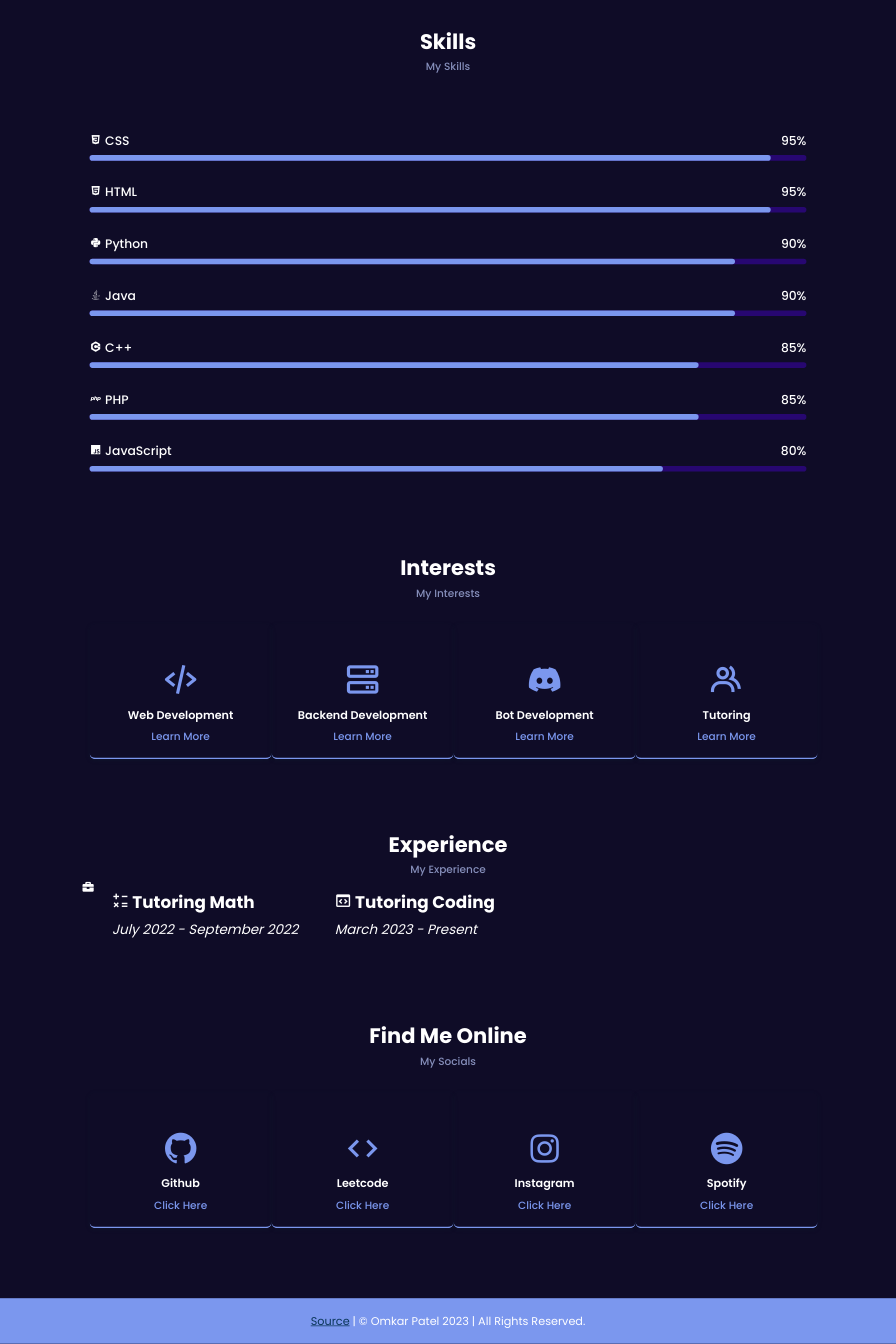
Repository: omkarxpatel/Omkar-Portfolio
Page: src/index.html
These files come from the project's save history. The page is drawn as it stood at one moment and after a run of saves; the edit follows.
The browser window is 1280 px wide. The pictures show the part of the page from y = 1281 to 3201 px (the page is 3201 px tall before and 3176 px after), at 70% of full size.
A picture or video elsewhere on the page could not be fetched, so the positions and the page height are approximate.

Above is the page before, as saved 2023-03-26 13:04:11.

After the next 2 saves:
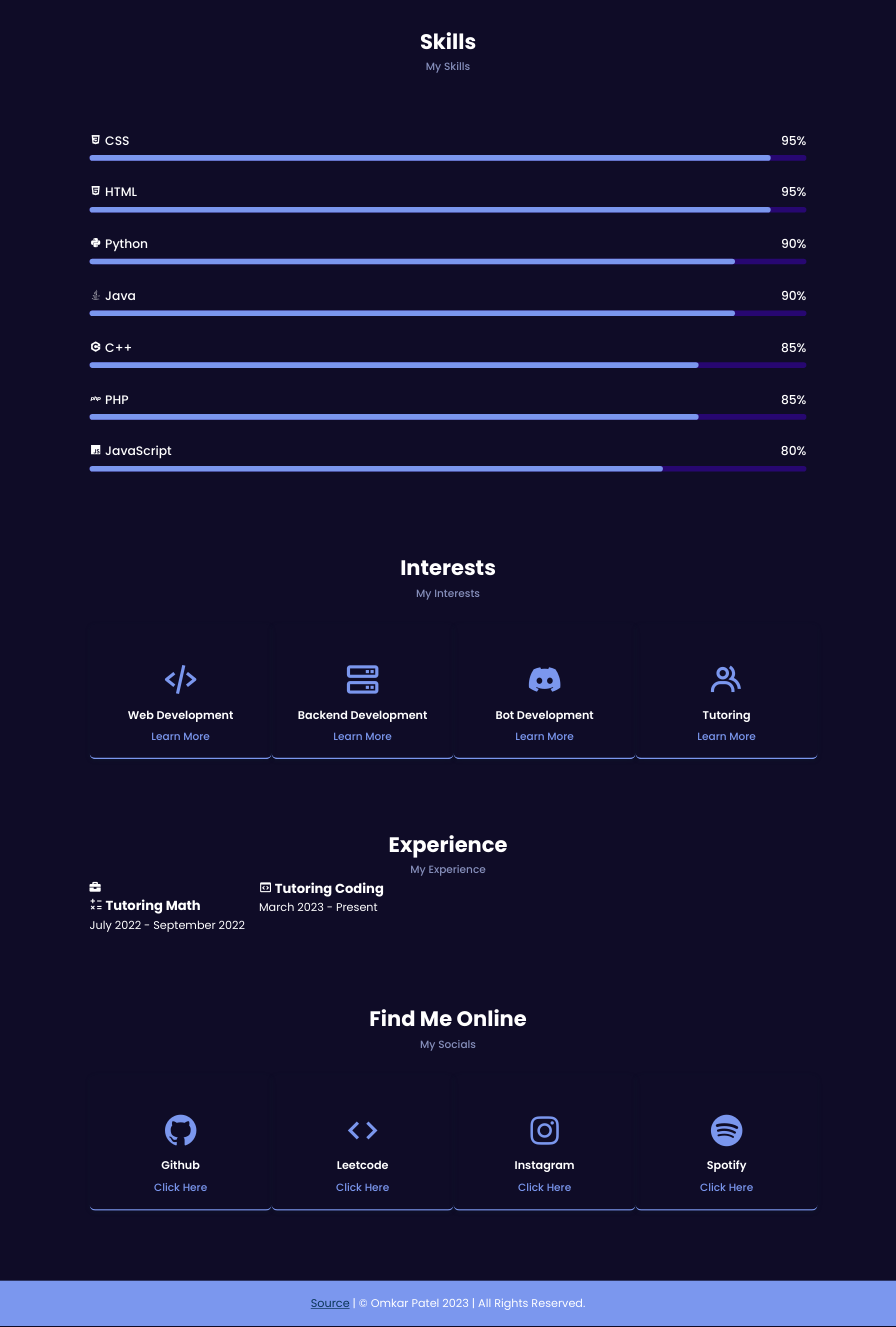
The 2 saves are shown as one change because they came seconds apart.
The last was saved 21 s later.
--- a/src/index.html
+++ b/src/index.html
@@ -269,34 +269,7 @@
         </div>
       </div>
     </div>
-  </section>
-
-  <style>
-    .timeline-item {
-      position: relative;
-      padding: 1rem 0;
-    }
-
-    .timeline-icon {
-      position: absolute;
-      left: -10px;
-      top: 0;
-    }
-
-    .timeline-content {
-      margin-left: 2rem;
-    }
-
-    .timeline h3 {
-      font-size: 1.5rem;
-      margin-bottom: 0.5rem;
-    }
-
-    .timeline-date {
-      font-size: 1.2rem;
-      font-style: italic;
-    }
-  </style>
+</section>
 
 
 

After the save that followed:
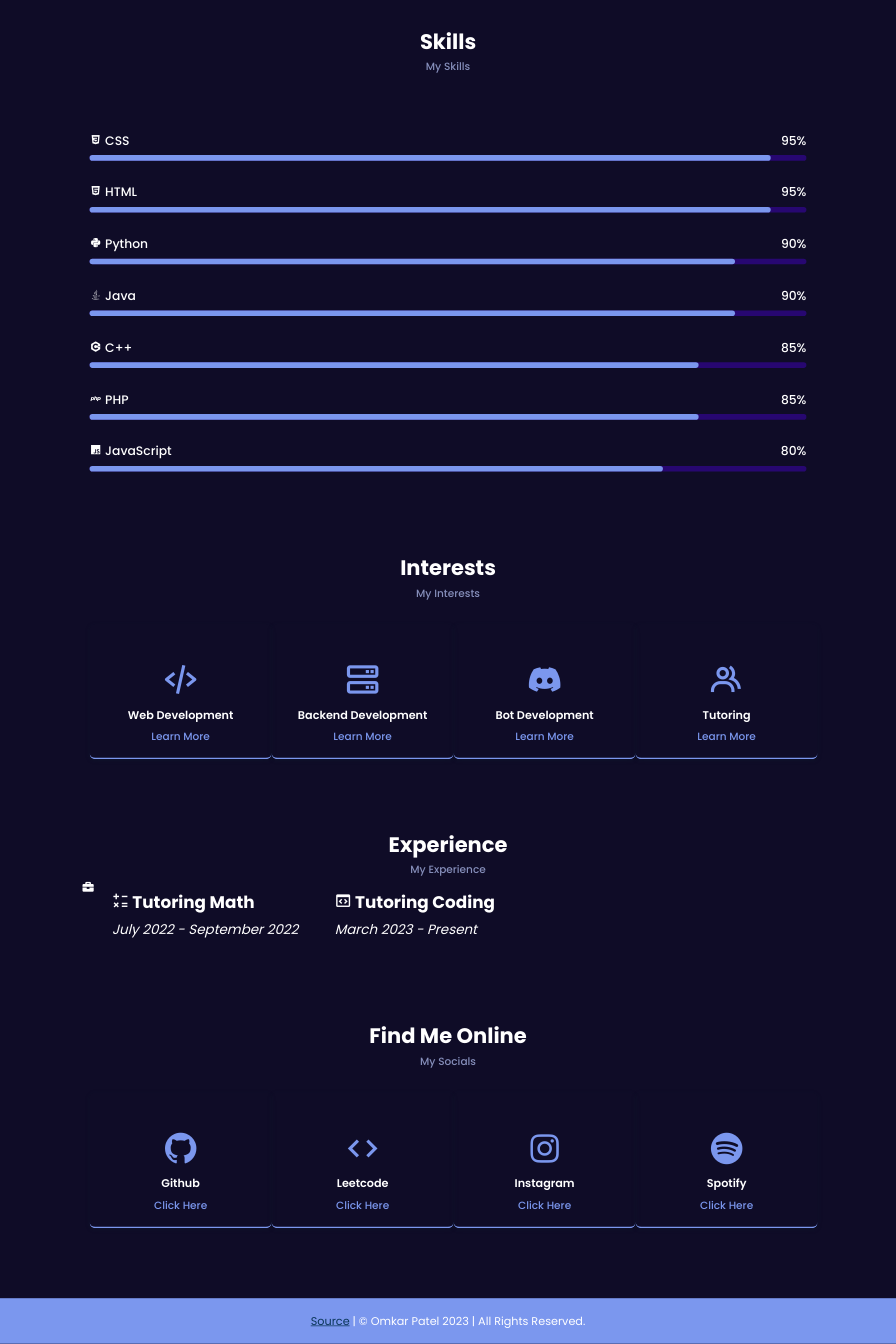
Saved 7 s later.
--- a/src/style.css
+++ b/src/style.css
@@ -591,3 +591,28 @@ form textarea {
   color: rgb(9, 53, 88);
   text-decoration: underline;
 }
+
+.timeline-item {
+  position: relative;
+  padding: 1rem 0;
+}
+
+.timeline-icon {
+  position: absolute;
+  left: -10px;
+  top: 0;
+}
+
+.timeline-content {
+  margin-left: 2rem;
+}
+
+.timeline h3 {
+  font-size: 1.5rem;
+  margin-bottom: 0.5rem;
+}
+
+.timeline-date {
+  font-size: 1.2rem;
+  font-style: italic;
+}
